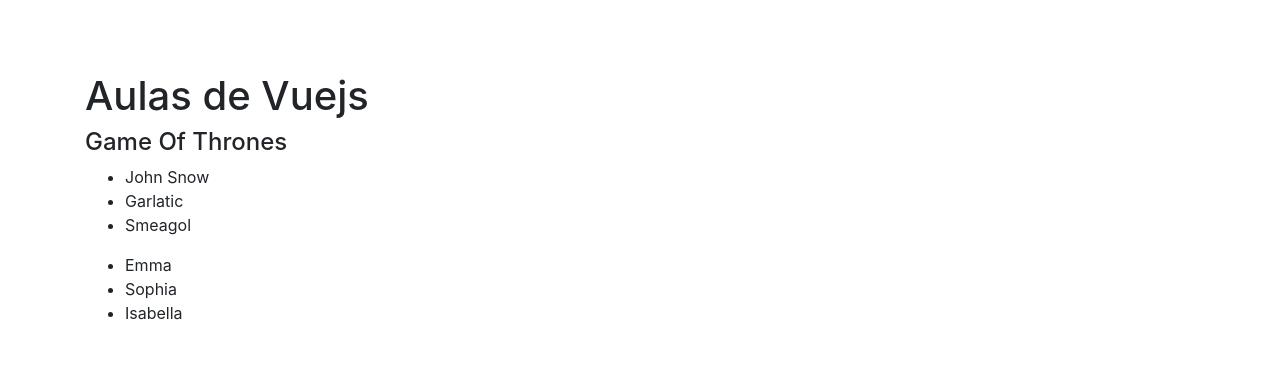
Repository: wolwerr/VueJs-Ninja
Page: Aula-21.html
These files come from the project's save history. The page is drawn as it stood at one moment and after the next save; the edit follows.
The browser window is 1280 px wide. The pictures show the whole page.

Above is the page before, as saved 2021-10-29 10:53:33.

### Aula-21.html
<!DOCTYPE html>
<html lang="en">
<head>
    <meta charset="UTF-8">
    <meta http-equiv="X-UA-Compatible" content="IE=edge">
    <meta name="viewport" content="width=device-width, initial-scale=1.0">
    <meta http-equiv="X-UA-Compatible" content="IE=edge">
    <title>Aulas de Vuejs</title>
    <link rel="stylesheet" href="https://stackpath.bootstrapcdn.com/bootstrap/4.3.1/css/bootstrap.min.css">
    </head>
    <body>
    <div id="app">
        <br><br><br>

        <div class="container">
        <h1 ref="title">{{ titulo }}</h1>

        <component :is="movie"></component>

        <!-- <transformers v-if="movie == 'transformers'"></transformers>
        <gameOfThrones v-if="movie == 'game-of-thrones'"></gameOfThrones> -->

        <ul ref="users">
            <li v-for="(item, index) in users" :key="item.name">{{ item.name }}<a @click.stop.prevent='remove(index)'></a></li>
        </ul>
        </div>
        </div>

        <template id="transformers">
            <div>
                <h4>Transformers</h4>
                <ul>
                    <li v-for="item in transformers">{{ item.name }}</li>
                </ul>
            </div>
        </template>

        <template id="gameOfThrones">
            <div>
                <h4>Game Of Thrones</h4>
                <ul>
                    <li v-for="item in gameOfThrones">{{ item.name }}</li>
                </ul>
            </div>
        </template>

    <script src="https://unpkg.com/vue"></script>

    <script>

        Vue.component('transformers', {
            template: '#transformers',
            data(){
                return {
                transformers: [
                {name: 'Optimus Prime'},
                {name: 'Bumble Bee'},
                {name: 'Megatron'}
            ],
        }
    }
}),

        Vue.component('gameOfThrones', {
            template: '#gameOfThrones',
            data() {
                return {
                    gameOfThrones: [
                        {name: 'John Snow'},
                        {name: 'Garlatic'},
                        {name: 'Smeagol'}
            ]
        }
    }
});

    var app = new Vue({
        el: "#app",

        mounted() {
            console.log(this.$refs.users)
        },

        data: {
            titulo: "Aulas de Vuejs",
            users: [
                {name: "Emma"},
                {name: "Sophia"},
                {name: "Isabella"},
            ],
            movie:'gameOfThrones',
        },

        methods: {
            remove(index) {
                this.users.splice(index, 1);
            }
        }

});

</script>
</body>
</html>

After the next save:
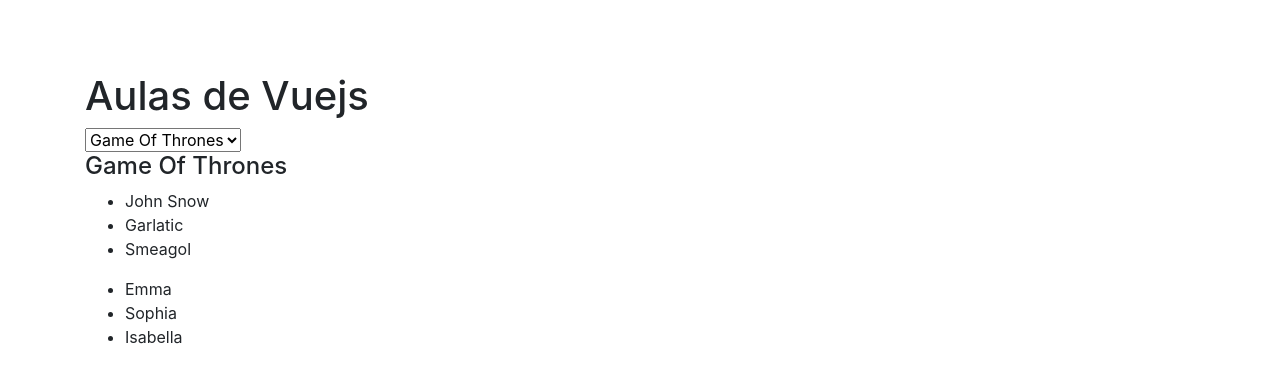
Saved 18 min 46 s later.
--- a/Aula-21.html
+++ b/Aula-21.html
@@ -14,6 +14,11 @@
 
         <div class="container">
         <h1 ref="title">{{ titulo }}</h1>
+
+        <select v-model="movie">
+            <option value="transformers">Transformers</option>
+            <option value="gameOfThrones">Game Of Thrones</option>
+        </select>
 
         <component :is="movie"></component>
 
